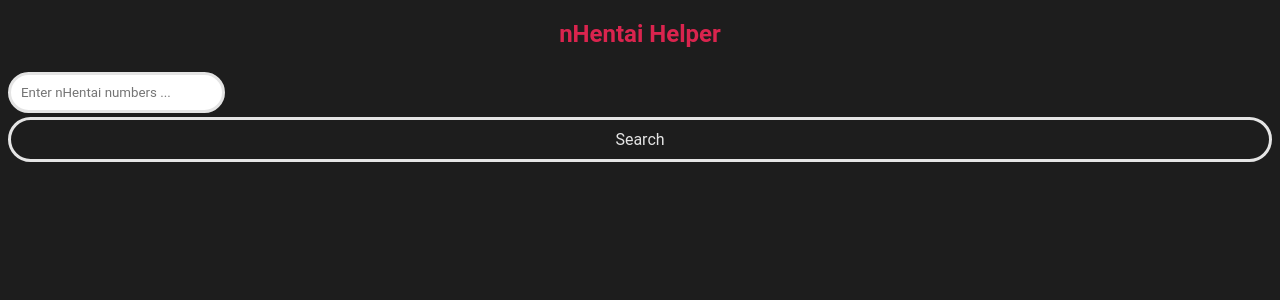
Repository: Lizadking/nHentai_Helper
Page: Mainpop.html
The author's editor kept a copy of each file at every save. The page is drawn from the files as they stood at one save, then again after the next save.
The browser window is 1280 px wide. The pictures show the whole page.

Above is the page before, as saved 2021-08-06 23:31:36.

After the next save:
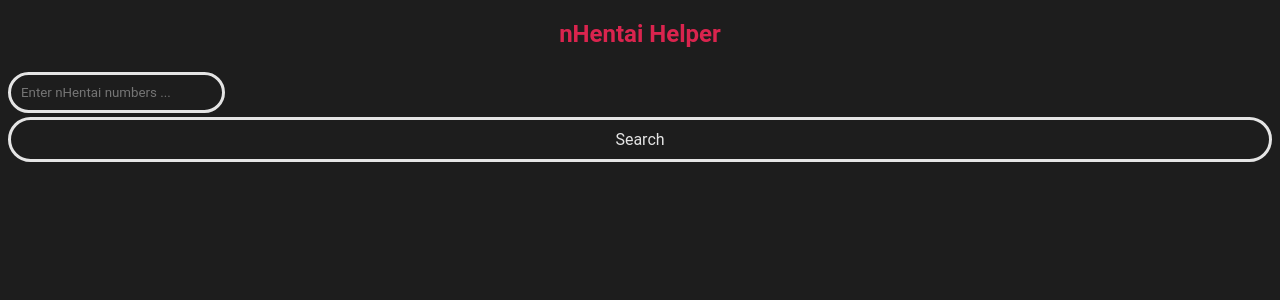
Saved 13 s later.
--- a/mainStylesheet.css
+++ b/mainStylesheet.css
@@ -18,6 +18,7 @@
     color:rgb(228, 228, 228);
     margin:4px 0;
     border-radius:30px;
+    background-color: #1d1d1d;
 }
 #placeholder
 {
